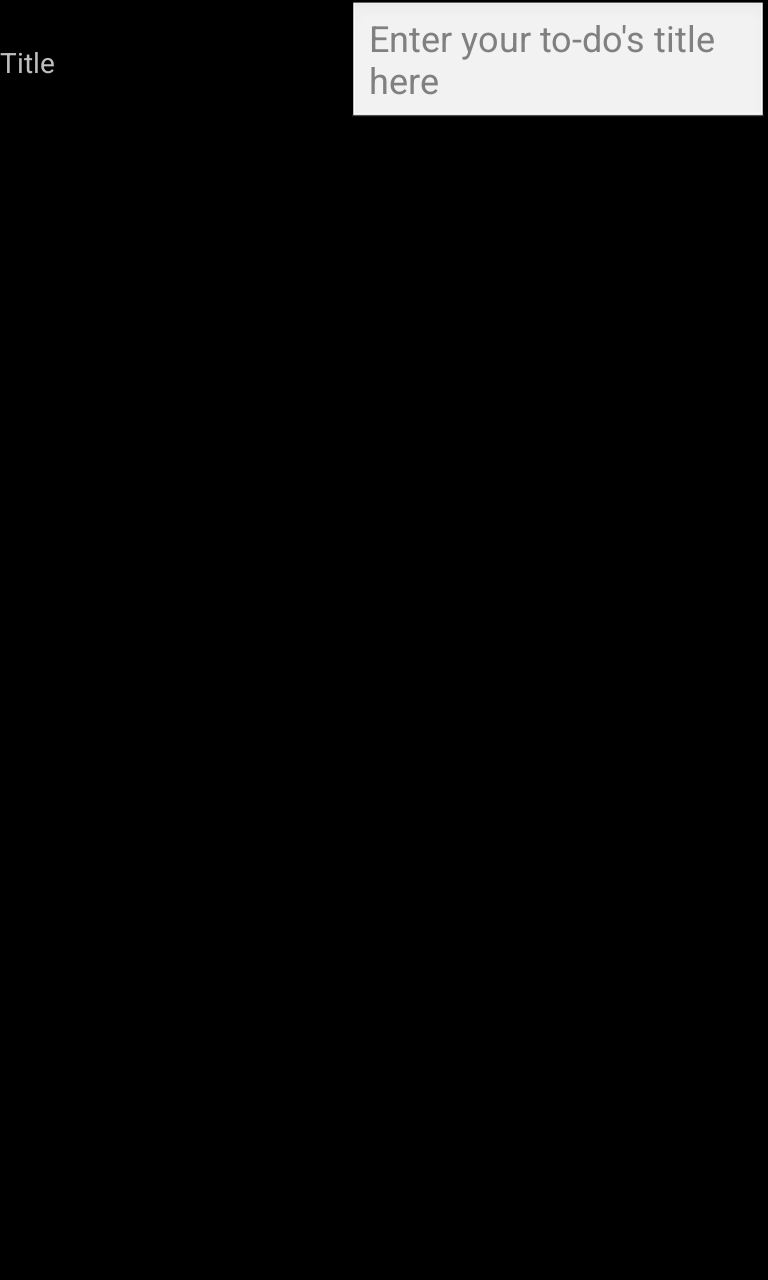
Repository: hilfialkaff/todo
Layout: ToDo_Replica/res/layout/add.xml
These files come from the project's save history. The layout is drawn as it stood at one moment and after the next save; the edit follows.
It is drawn on a 768 x 1280 px phone screen (xhdpi) without system bars, with theme CustomTheme; the app's code is not run.

Above is the layout before, as saved 2011-03-18 00:58:59.

After the next save:
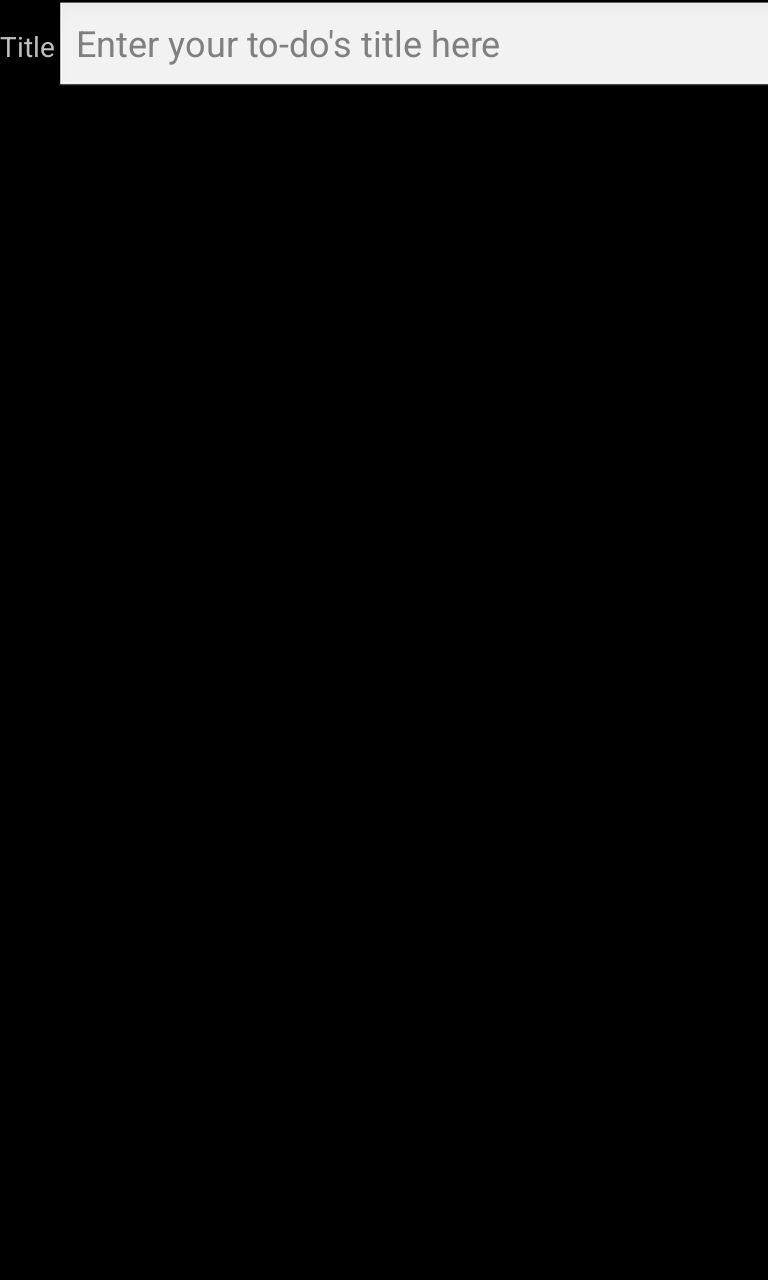
Saved 27 s later.
--- a/ToDo_Replica/res/layout/add.xml
+++ b/ToDo_Replica/res/layout/add.xml
@@ -19,7 +19,7 @@
 		</TextView>
 		<EditText
 			android:id="@+id/et_title"
-			android:layout_width="420px"
+			android:layout_width="3500px"
 			android:layout_height="wrap_content"
 			android:hint="Enter your to-do's title here">
 	</EditText>
